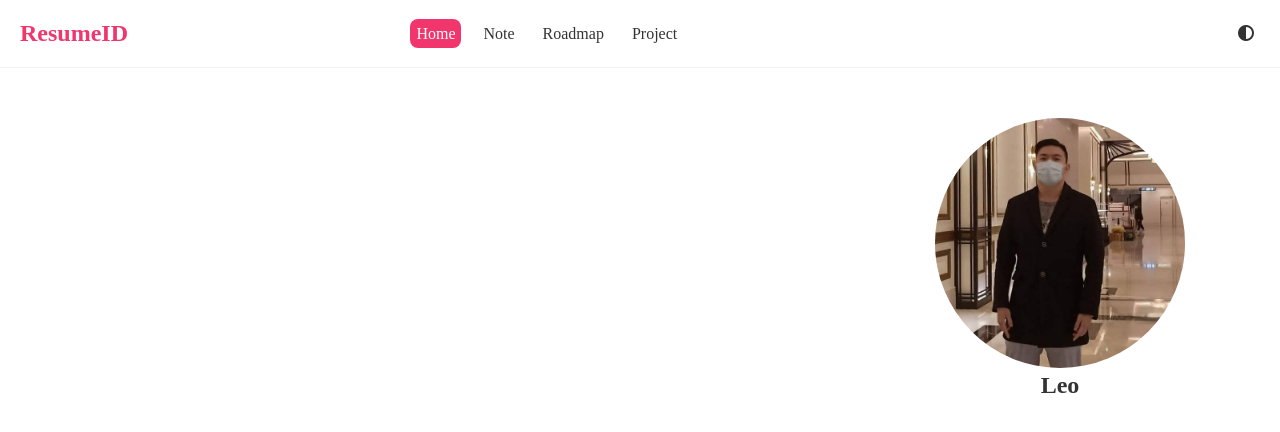
Repository: leo-play-code/ResumeID
Page: /
These files come from the project's save history. The page is drawn as it stood at one moment and after a run of saves; the edit follows.
The browser window is 1280 px wide. The pictures show the whole page.
Some web libraries are served in a nearby version. The project was rebuilt for these pictures with package versions that can differ from the ones it lists, and the page was loaded fresh each time. Also part of the build but not shown: src/Note/Note.js, src/Roadmap/Roadmap.js, src/Project/Project.js.

Above is the page before, as saved 2022-10-18 13:57:24.

### public/index.html
<!DOCTYPE html>
<html lang="en">
  <head>
    <meta charset="utf-8" />
    <link rel="icon" href="%PUBLIC_URL%/favicon.ico" />
    <meta name="viewport" content="width=device-width, initial-scale=1" />
    <meta name="theme-color" content="#000000" />
    <meta
      name="description"
      content="Web site created using create-react-app"
    />
    <link rel="apple-touch-icon" href="%PUBLIC_URL%/logo192.png" />
    <link rel="manifest" href="%PUBLIC_URL%/manifest.json" />

    <!-- fontawesome -->
    <script src="https://kit.fontawesome.com/14e9a4f90b.js" crossorigin="anonymous"></script>
    <title>React App</title>
  </head>
  <body>
    <noscript>You need to enable JavaScript to run this app.</noscript>
    <div id="root"></div>
  </body>
</html>

### src/index.css
/* base styles */
* {
  margin: 0;
  font-family: "Quicksand";
  color: #333;
}
.navbar {
  padding: 20px;
  display: flex;
  align-items: center;
  max-width: 100%;
  margin: 0 auto;
  border-bottom: 1px solid #f2f2f2;
}
.navbar h1 {
  color: #f1356d;
}
.navbar-center{
  margin-inline: auto;
}
.navbar-center .page-selected{
  color:white;
  background: #f1356d;
  border-radius: 8px;
  pointer-events: none;
}
.navbar .navbar-right {
  margin-left: auto;
}
.navbar a {
  margin-left: 16px;
  text-decoration: none;
  padding: 6px;
}
.navbar a:hover {
  color: #f1356d;
}
.content {
  max-width: 600px;
  margin: 40px auto;
  padding: 20px;
}

/* Home */
.Home .profile-container{
  width:400px;
  height:300px;
  margin-top: 50px;
  margin-right:20px;
  margin-bottom: 20px;
  float:right;
  text-align: center;
}

.Home .profile-container img{
  border-radius: 50%;
  max-width: 250px;
}

### src/App.js
import Navbar from './Navbar/Navbar';
import { BrowserRouter as Router,Route,Switch} from 'react-router-dom'
import Home from './Home/Home';
import Note from './Note/Note';
import Roadmap from './Roadmap/Roadmap';
import Project from './Project/Project';

function App(){
    return (
        <Router>
            <div className="App">
            <Navbar />
                <Switch>
                    <Route exact path='/'>
                        <Home />
                    </Route>
                    <Route exact path='/Note'>
                        <Note />
                    </Route>
                    <Route exact path='/Roadmap'>
                        <Roadmap />
                    </Route>
                    <Route exact path='/Project'>
                        <Project />
                    </Route>

                </Switch>
            </div>
        </Router>

    )
}

export default App;

### src/Navbar/Navbar.js
import { useEffect, useState } from 'react';
import {Link} from 'react-router-dom';

function Navbar(){
    const [navbar_state,setPageState] = useState('');
    function ChangeColor(){
        console.log('changecolor')
    }
    function PageSelected(navbar_state){
        setPageState(navbar_state)
    }
    useEffect(()=>{
        const init_url_arr = window.location.href.split('/')
        const init_url_page = init_url_arr[init_url_arr.length-1]
        setPageState(init_url_page)
    })
    return (
        <nav className="navbar">
            <h1>ResumeID</h1>
            <span className='navbar-center'>
                {(navbar_state == '')&& <Link to="/" className='page-selected'>Home</Link>}
                {!(navbar_state == '')&&<Link to="/" onClick={()=>PageSelected('Home')}>Home</Link>}
                {(navbar_state == 'Note')&& <Link to="/Note" className='page-selected'>Note</Link>}
                {!(navbar_state == 'Note')&&<Link to="/Note" onClick={()=>PageSelected('Note')}>Note</Link>}
                {(navbar_state == 'Roadmap')&& <Link to="/Roadmap" className='page-selected'>Roadmap</Link>}
                {!(navbar_state == 'Roadmap')&&<Link to="/Roadmap" onClick={()=>PageSelected('Roadmap')}>Roadmap</Link>}
                {(navbar_state == 'Project')&& <Link to="/Project" className='page-selected'>Project</Link>}
                {!(navbar_state == 'Project')&&<Link to="/Project" onClick={()=>PageSelected('Project')}>Project</Link>}
            </span>
            <div className="navbar-right">
                <a onClick={ChangeColor}><i className="fa-solid fa-circle-half-stroke"></i></a>
            </div>
        </nav>
    )
}

export default Navbar ;

### src/Home/Home.js


function Home(){
    const pic = require('./static/image/selfy.jpg');
    return(
        <div className="Home">
            <div className="profile-container">
                <img src={pic} alt="" />
                <h2>Leo</h2>
            </div>
        </div>
    )
}


export default Home ;

Loaded but not shown: src/index.js (common file); src/reportWebVitals.js (common file)

After the next 2 saves:
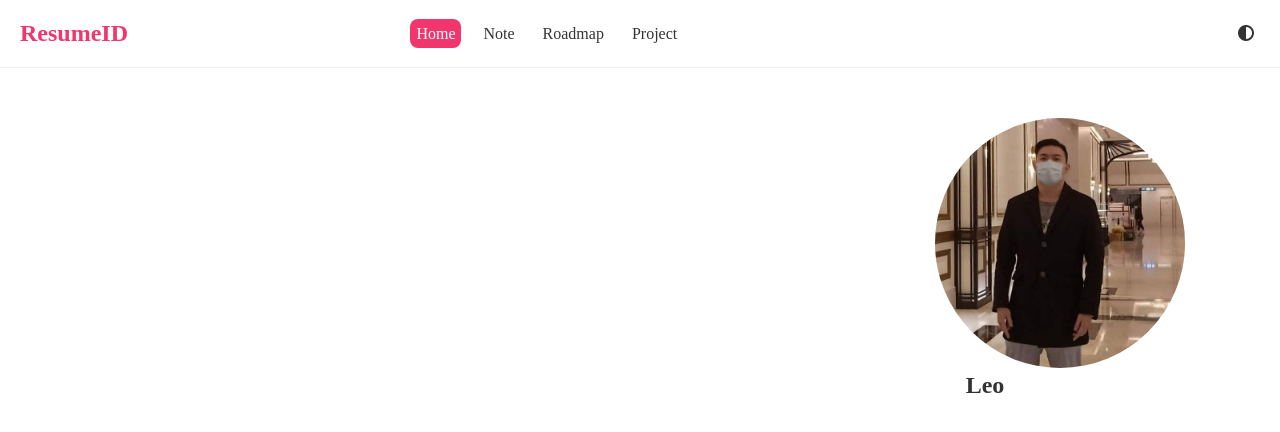
The 2 saves are shown as one change because they came seconds apart.
The last was saved 20 s later.
--- a/src/index.css
+++ b/src/index.css
@@ -56,3 +56,8 @@
   border-radius: 50%;
   max-width: 250px;
 }
+
+.Home .profile-container h2{
+  border-radius: 50%;
+  max-width: 250px;
+}

After the save that followed:
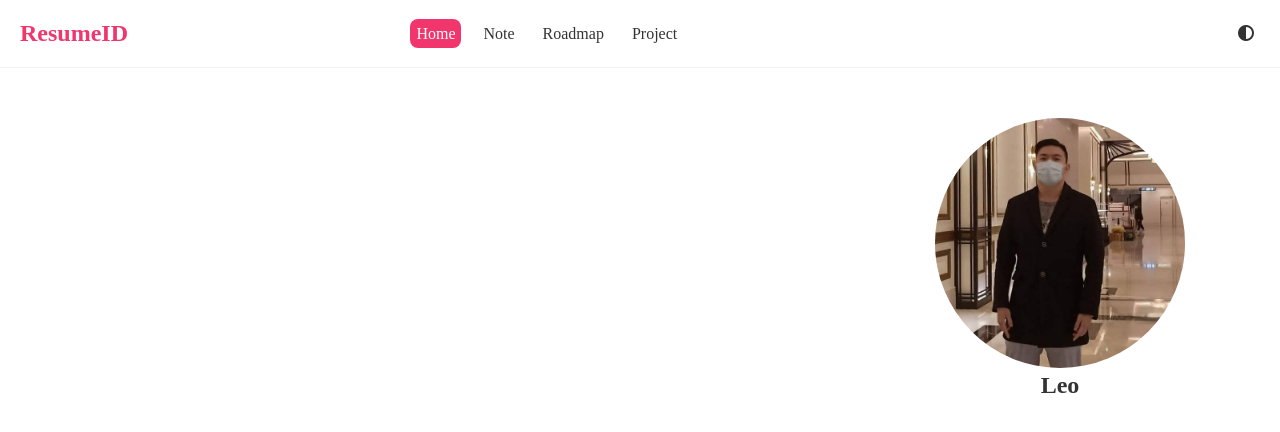
Saved 4 s later.
--- a/src/index.css
+++ b/src/index.css
@@ -58,6 +58,5 @@
 }
 
 .Home .profile-container h2{
-  border-radius: 50%;
-  max-width: 250px;
+
 }
